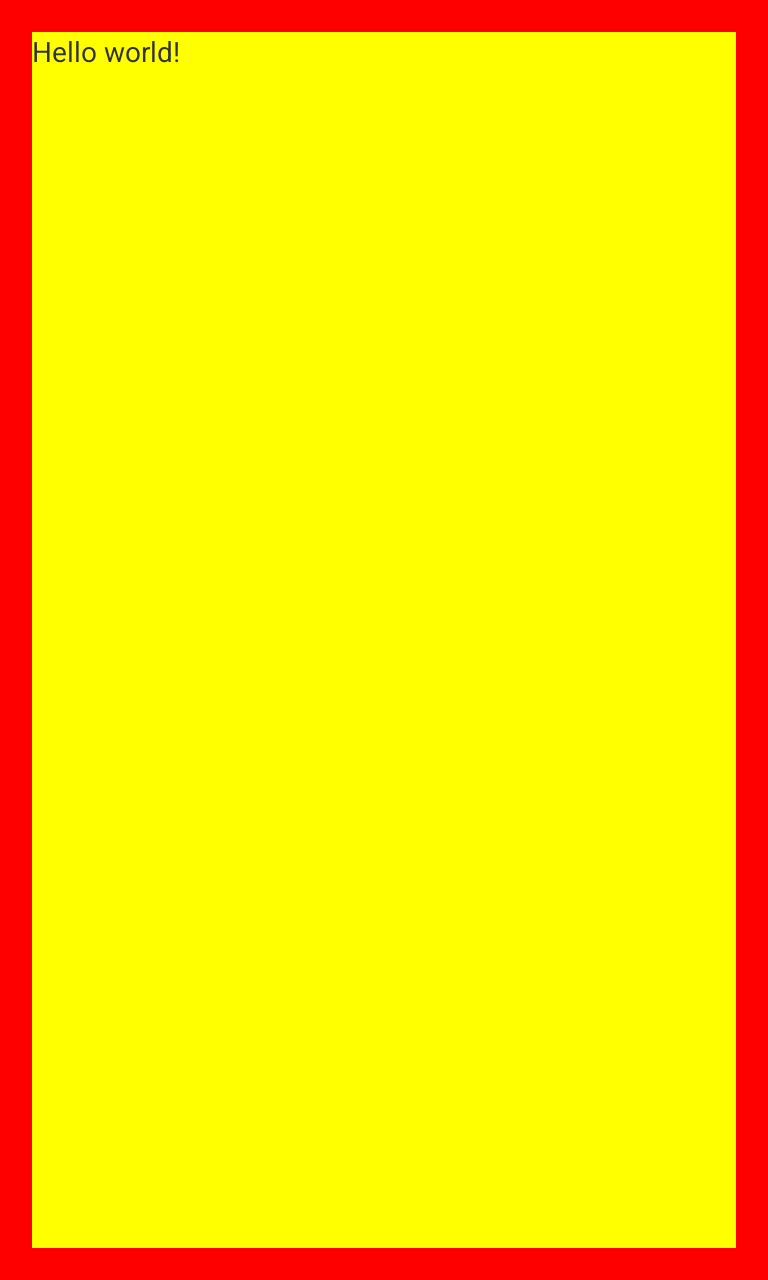
Repository: ablanchard/formation-android
Layout: ParlezVousAndroid/res/layout/fragment_main.xml
The author's editor kept a copy of each file at every save. The layout is drawn from the files as they stood at one save, then again after the next save.
It is drawn on a 768 x 1280 px phone screen (xhdpi) without system bars, with theme AppTheme; the app's code is not run.

Above is the layout before, as saved 2014-04-29 08:08:48.

After the next save:
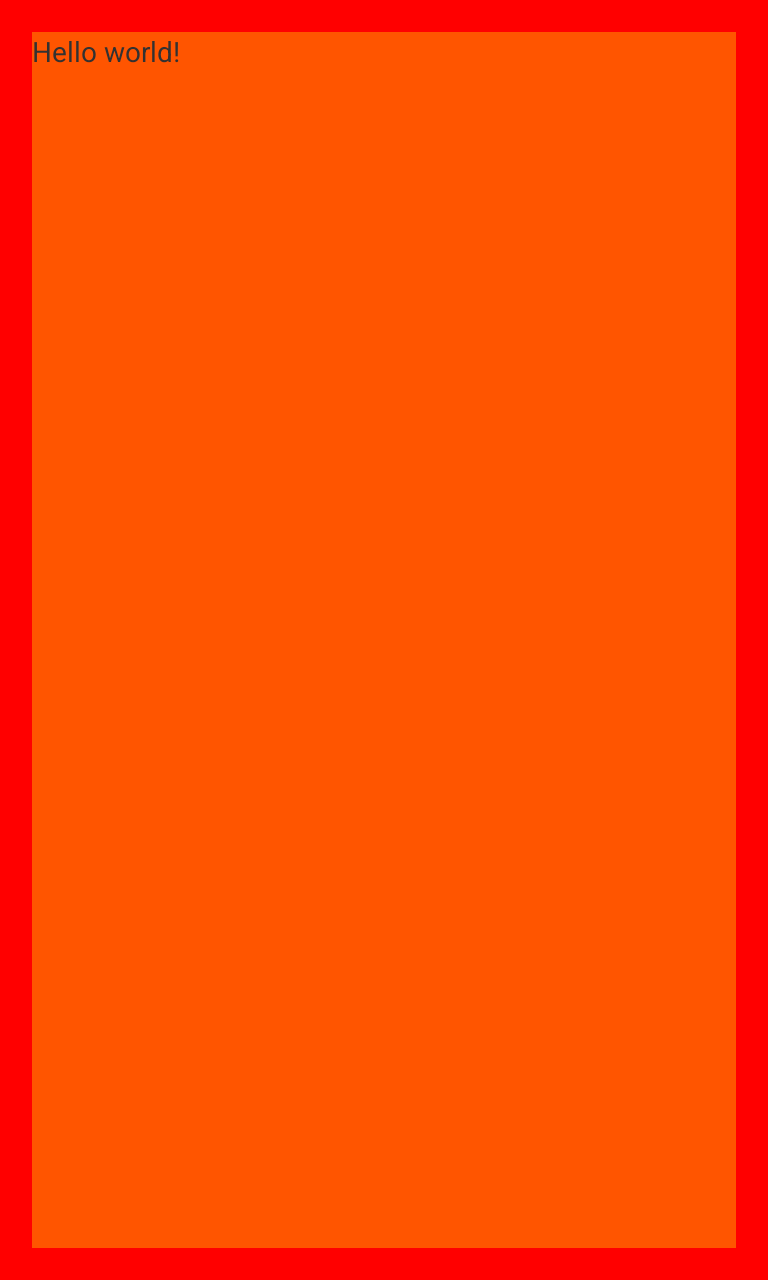
Saved 2 min 9 s later.
--- a/ParlezVousAndroid/res/layout/fragment_main.xml
+++ b/ParlezVousAndroid/res/layout/fragment_main.xml
@@ -11,8 +11,20 @@
 
     <LinearLayout
     android:layout_width="match_parent"
+    android:layout_height="match_parent/5"
+    android:background="#FFFFFF00"
+
+        ></LinearLayout>
+     <LinearLayout
+    android:layout_width="match_parent"
     android:layout_height="match_parent"
-    android:background="#FFFFFF00"
+    android:background="#FFFF5500"
+
+        ></LinearLayout>
+      <LinearLayout
+    android:layout_width="match_parent"
+    android:layout_height="match_parent/5"
+    android:background="#FF55FF00"
 
         ></LinearLayout>
     <TextView
